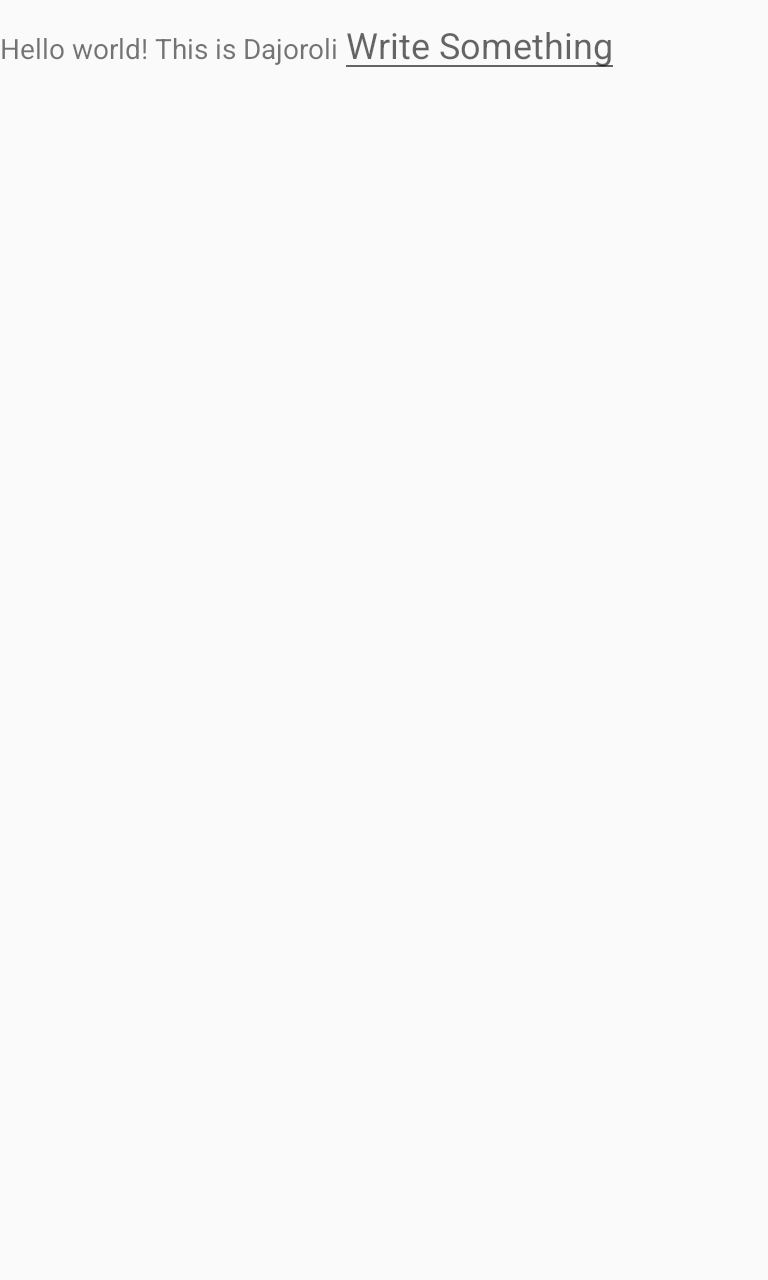
Repository: wisingd/Dajoroli
Layout: Workspace/MyFirstApp/res/layout/fragment_main.xml
An editor plug-in stored every save of this project. The layout is shown before and after the next save, followed by the edit.
It is drawn on a 768 x 1280 px phone screen (xhdpi) without system bars, with theme AppTheme; the app's code is not run.

Above is the layout before, as saved 2014-04-20 10:25:38.

### Workspace/MyFirstApp/res/layout/fragment_main.xml
<LinearLayout xmlns:android="http://schemas.android.com/apk/res/android"
    xmlns:tools="http://schemas.android.com/tools"
    android:layout_width="match_parent"
    android:layout_height="match_parent"
    android:orientation="horizontal" >

    <TextView
        android:layout_width="wrap_content"
        android:layout_height="wrap_content"
        android:text="@string/hello_world" />

    <EditText android:id="@+id/edit_message"
        android:layout_width="wrap_content"
        android:layout_height="wrap_content"
        android:hint="@string/edit_message" />

</LinearLayout>

### Workspace/MyFirstApp/res/values/strings.xml
<?xml version="1.0" encoding="utf-8"?>
<resources>

    <string name="app_name">MyFirstApp</string>
    <string name="hello_world">Hello world! This is Dajoroli</string>
    <string name="action_settings">Settings</string>
    <string name="edit_message">Write Something</string>

</resources>

Loaded but not shown: Workspace/MyFirstApp/res/values/styles.xml (common file); Workspace/MyFirstApp/res/values-v11/styles.xml (common file); Workspace/MyFirstApp/res/values-v14/styles.xml (common file)

After the next save:
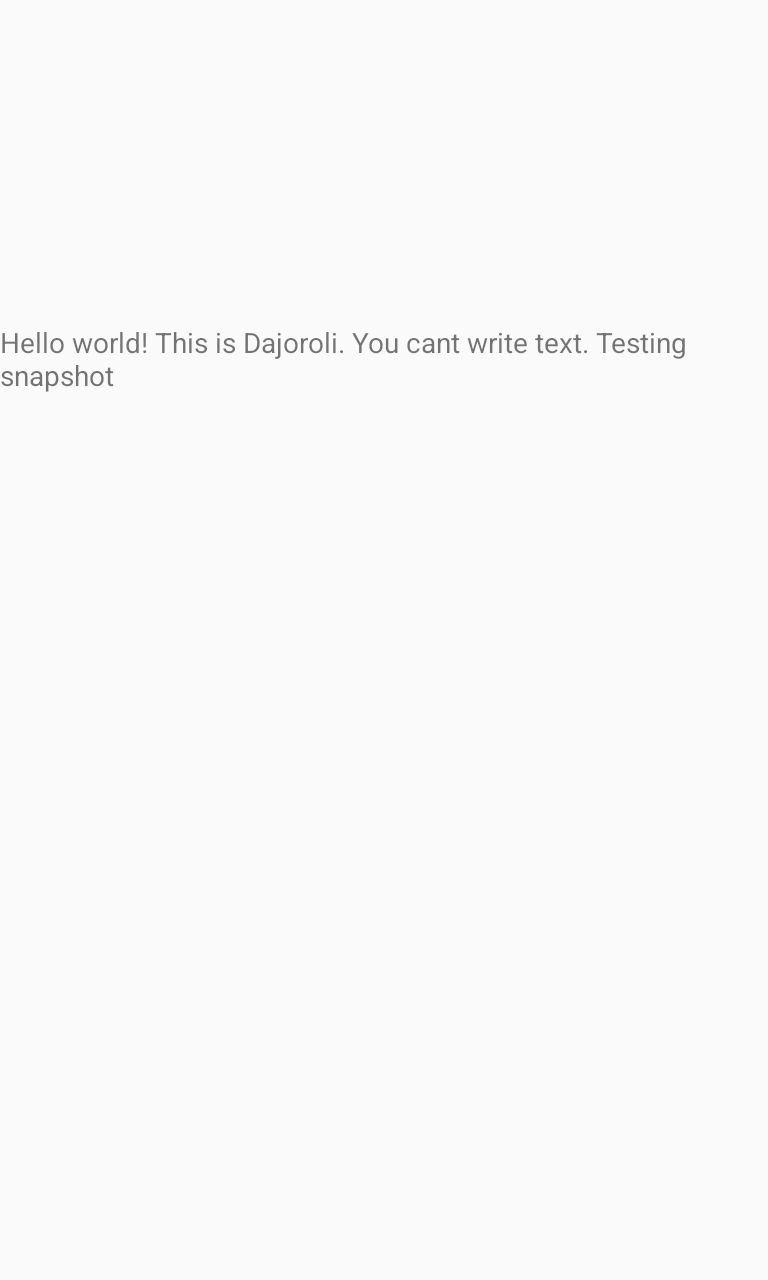
Saved 14 s later.
--- a/Workspace/MyFirstApp/res/values/strings.xml
+++ b/Workspace/MyFirstApp/res/values/strings.xml
@@ -2,7 +2,7 @@
 <resources>
 
     <string name="app_name">MyFirstApp</string>
-    <string name="hello_world">Hello world! This is Dajoroli</string>
+    <string name="hello_world">Hello world! This is Dajoroli. You cant write text. Testing snapshot</string>
     <string name="action_settings">Settings</string>
     <string name="edit_message">Write Something</string>
 
